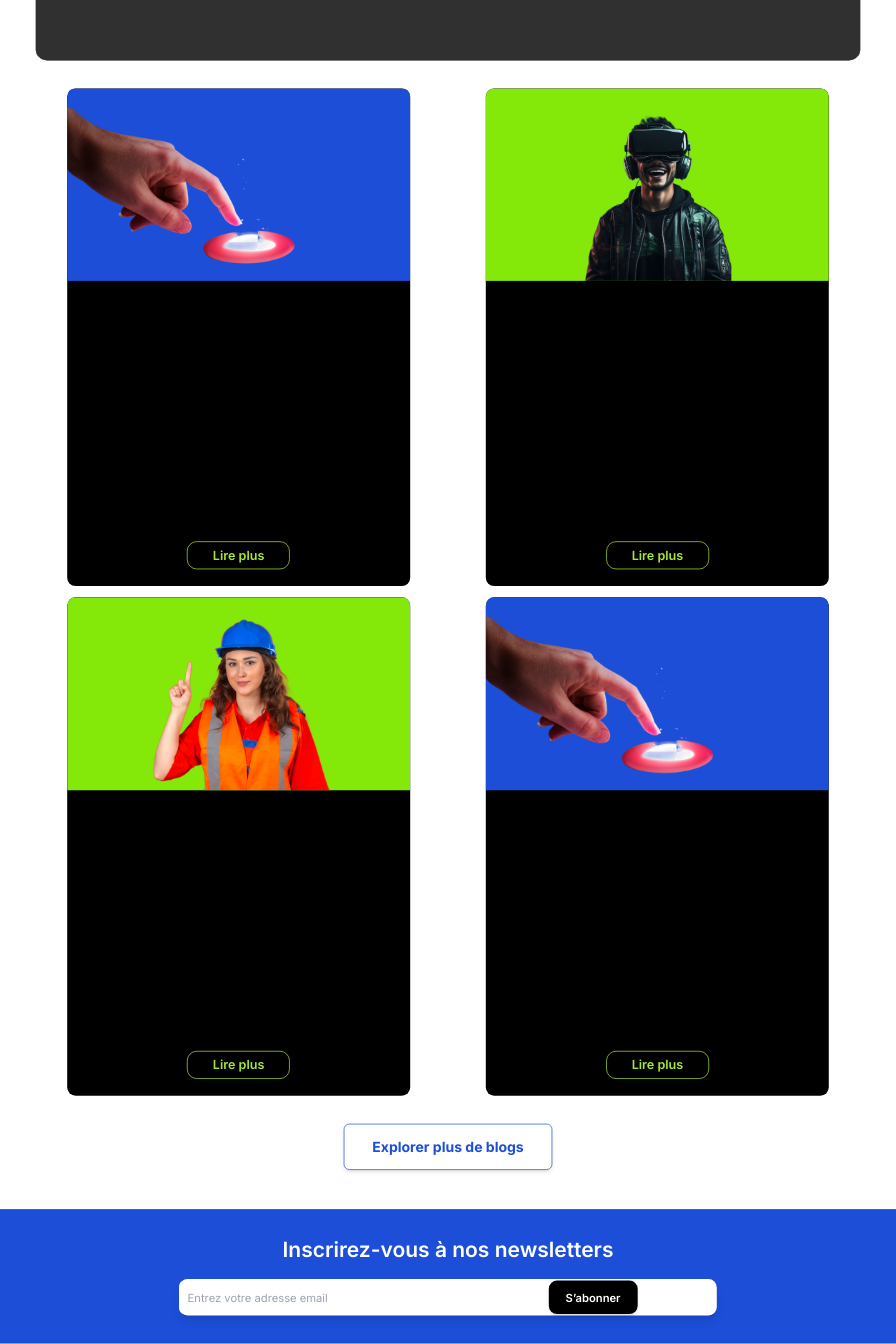
Repository: NassimeElkamari/test
Page: /blogs
An editor plug-in stored every save of this project. The page is shown before and after a run of saves, followed by the edit.
The browser window is 1280 px wide. The pictures show the part of the page from y = 565 to 2485 px (the page is 2485 px tall), at 70% of full size.
Pictures or frames that could not be fetched are drawn as grey boxes. The project was rebuilt for these pictures with package versions that can differ from the ones it lists, and the page was loaded fresh each time. The framework's server and built-in components were replaced by stand-ins that run in the browser. Also part of the build but not shown: next.config.mjs.

Above is the page before, as saved 2024-06-12 16:25:18.

### src/app/blogs/page.tsx
import Image from 'next/image';
import React from 'react';
import { MdDateRange } from "react-icons/md";
import BlogCard from '../../components/BlogCard';
import { cardData } from '../../data/cardData';

const Blog = () => {
  return (
    <div className='bg-white'>
      <div className='flex justify-center'>
        <h1 className="text-4xl font-bold text-center">Blog</h1>
      </div>
      <div className="relative w-[92vw] h-[85vh] mx-auto overflow-hidden bg-black pt-5 pl-8 flex flex-col justify-start rounded-2xl">
        <Image
          src="/bgImage.jpg"
          layout="fill"
          objectFit="cover"
          objectPosition="top"
          quality={100}
          alt="Background Image"
          className="opacity-30 bg-black"
        />
        <div className="absolute inset-0 flex flex-col justify-center text-white mt-[6%] p-4 pl-8">
          <h1 className="text-[52px] font-semibold mb-4">
            Ouvrez les portes de la connaissance <br /> avec nos Blogs stimulants
          </h1>
          <p className="text-[17px] mb-8">
            Découvrez les dernières actualités de 2peerfect dans une multitude de domaines passionnants. <br />Plongez-vous dans nos articles pour rester à jour sur les tendances les plus récentes en technologie, <br /> santé mentale, Design, Business, et bien plus encore. Avec une expertise diversifiée et des perspectives variées,<br /> 2peerfect vous offre un aperçu complet et captivant des développements les plus récents à travers différents secteurs.<br /> Ne manquez rien de ce qui se passe dans le monde, suivez 2peerfect pour rester informé et inspiré.
          </p>
          <div className="flex flex-wrap justify-between space-x-4 w-[80%]">
            <div className="bg-transparent rounded-lg shadow-md w-[15%] h-10 mb-4 border border-[#A7E92F] flex items-center justify-center">
              <h2 className="text-lg font-semibold text-center">Marketing</h2>
            </div>
            <div className="bg-transparent rounded-lg shadow-md w-[15%] h-10 mb-4 border border-[#A7E92F] flex items-center justify-center">
              <h2 className="text-lg font-semibold text-center">Design</h2>
            </div>
            <div className="bg-transparent rounded-lg shadow-md w-[15%] h-10 mb-4 border border-[#A7E92F] flex items-center justify-center">
              <h2 className="text-lg font-semibold text-center">Business</h2>
            </div>
            <div className="bg-transparent rounded-lg shadow-md w-[15%] h-10 mb-4 border border-[#A7E92F] flex items-center justify-center">
              <h2 className="text-lg font-semibold text-center">IT</h2>
            </div>
            <div className="bg-transparent rounded-lg shadow-md w-[15%] text-center h-10 mb-4 border border-[#A7E92F] flex items-center justify-center">
              <h2 className="text-lg font-semibold">Psychologie</h2>
            </div>
            {/* Add more cards as needed */}
          </div>
        </div>
      </div>
      <div className='second-section w-[85vw] mx-auto mt-10 flex justify-center'>
        <div className="flex flex-wrap gap-4 justify-between ">
          {cardData.map((card) => (
            <BlogCard
              key={card.id}
              imageSrc={card.imageSrc}
              title={card.title}
              description={card.description}
              date={card.date}
              color={card.background}
            />
          ))}
        </div>
      </div>
      <div className="flex justify-center mt-10">
        <button className=" text-white rounded-lg shadow-md  text-center mx-10 my-4 px-10 py-8 h-10 border border-[#1D4ED8] flex items-center justify-center">
          <h2 className="text-xl font-bold text-[#1D4ED8]">Explorer plus de blogs </h2>
        </button>
      </div>
      <div className="bg-[#1D4ED8] py-10 mt-10 flex flex-col items-center justify-center">
        <h2 className="text-3xl font-semibold text-white mb-4">Inscrirez-vous à nos newsletters</h2>
        <div className="bg-white  py-[2px] rounded-xl shadow-lg flex flex-col items-center sm:flex-row mt-2 w-full max-w-3xl">
          <input
            type="email"
            placeholder="Entrez votre adresse email"
            className="w-full sm:w-2/3 p-3 mb-4 sm:mb-0 sm:mr-4 rounded-lg focus:outline-none"
          />
          <button className="bg-black text-white font-semibold py-3 px-6 rounded-xl  shadow-md w-full sm:w-auto">
            S’abonner
          </button>
        </div>
      </div>
    </div>
  );
};

export default Blog;

### src/components/BlogCard.tsx
import Image from 'next/image'
import React from 'react'
import { MdDateRange } from "react-icons/md";


const BlogCard = ({ imageSrc, title, description, date , color}) => {
  return (
    <div className='w-[45%] h-[50%] bg-black rounded-xl flex flex-col'>
    <div className="w-[100%] h-2/5 relative">
        <Image
        src={imageSrc}
        layout='responsive'
        height={100}
        width={100}
        alt="Card Image"
        className="w-full h-full rounded-t-xl "
        style={{backgroundColor: `${color}`}}
        />
    </div>
    <div className="pt-14 flex justify-center items-center flex-col px-5">
        <h1 className="text-[32px] font-semibold">{title}</h1>
        <p className="text-md mt-5">{description}</p>
    </div>
    <div className="flex items-center justify-end mt-10 mr-2">
        <MdDateRange width={70} height={70} className='mr-4'/>
        <p className="mr-2">{date}</p>
    </div>
    <div className="flex justify-center mt-8 mb-6"> {/* Added justify-center class */}
        <button className="bg-black rounded-[14px] shadow-md w-[30%] text-center h-10 border border-[#A7E92F] flex items-center justify-center">
        <h2 className="text-lg font-semibold text-[#A7E92F]">Lire plus</h2> {/* Added text-white class */}
        </button>
    </div>
    </div>
  )
}

export default BlogCard

### src/data/cardData.js
export const cardData = [
  {
    id: 1,
    imageSrc: "/card11.png",
    title: "L'impact des médias sociaux sur la santé mental",
    description: "Discuter de la façon dont les likes, les commentaires et les partages peuvent devenir une mesure de notre valeur personnelle, et comment cela peut affecter notre estime de soi et notre bien-être émotionnel...",
    date: "11 Décembre 2023",
    background: '#1D4ED8' // Background color for the first card
  },
  {
    id: 2,
    imageSrc: "/card22.png",
    title: "L’inovation technologique dans l’éducation",
    description: "Reconnaître les défis liés à l'intégration de la technologie dans l'éducation, tels que l'accès inégal aux ressources technologiques et les préoccupations concernant la dépendance excessive à la technologie...",
    date: "11 Décembre 2023",
    background: '#84e809' // Background color for the second card
  },
  {
    id: 3,
    imageSrc: "/card33.png",
    title: "L’inovation technologique dans l’éducation",
    description: "Reconnaître les défis liés à l'intégration de la technologie dans l'éducation, tels que l'accès inégal aux ressources technologiques et les préoccupations concernant la dépendance excessive à la technologie...",
    date: "11 Décembre 2023",
    background: '#84e809' // Background color for the third card
  },
  {
    id: 4,
    imageSrc: "/card11.png",
    title: "L'impact des médias sociaux sur la santé mental",
    description: "Discuter de la façon dont les likes, les commentaires et les partages peuvent devenir une mesure de notre valeur personnelle, et comment cela peut affecter notre estime de soi et notre bien-être émotionnel...",
    date: "11 Décembre 2023",
    background: '#1D4ED8' // Background color for the fourth card
  },
];

Loaded but not shown: src/app/layout.tsx (common file); src/app/globals.css (common file); tailwind.config.ts (common file)

After the next 2 saves:
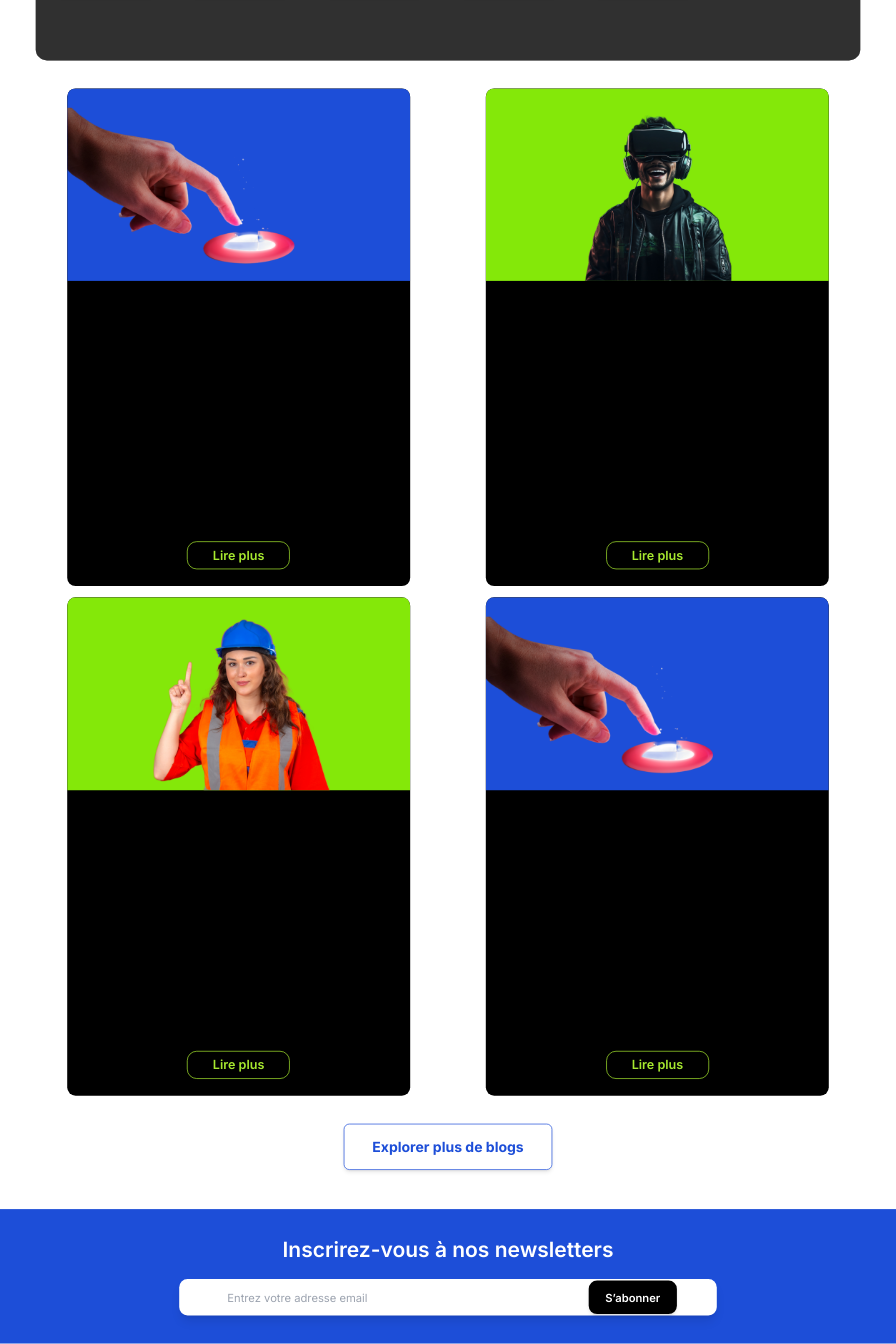
The 2 saves are shown as one change because they came seconds apart.
The last was saved 17 s later.
--- a/src/app/blogs/page.tsx
+++ b/src/app/blogs/page.tsx
@@ -68,7 +68,7 @@
       </div>
       <div className="bg-[#1D4ED8] py-10 mt-10 flex flex-col items-center justify-center">
         <h2 className="text-3xl font-semibold text-white mb-4">Inscrirez-vous à nos newsletters</h2>
-        <div className="bg-white  py-[2px] rounded-xl shadow-lg flex flex-col items-center sm:flex-row mt-2 w-full max-w-3xl">
+        <div className="bg-white  py-[2px] rounded-xl shadow-lg flex flex-col items-center justify-center sm:flex-row mt-2 w-full max-w-3xl">
           <input
             type="email"
             placeholder="Entrez votre adresse email"

After the save that followed:
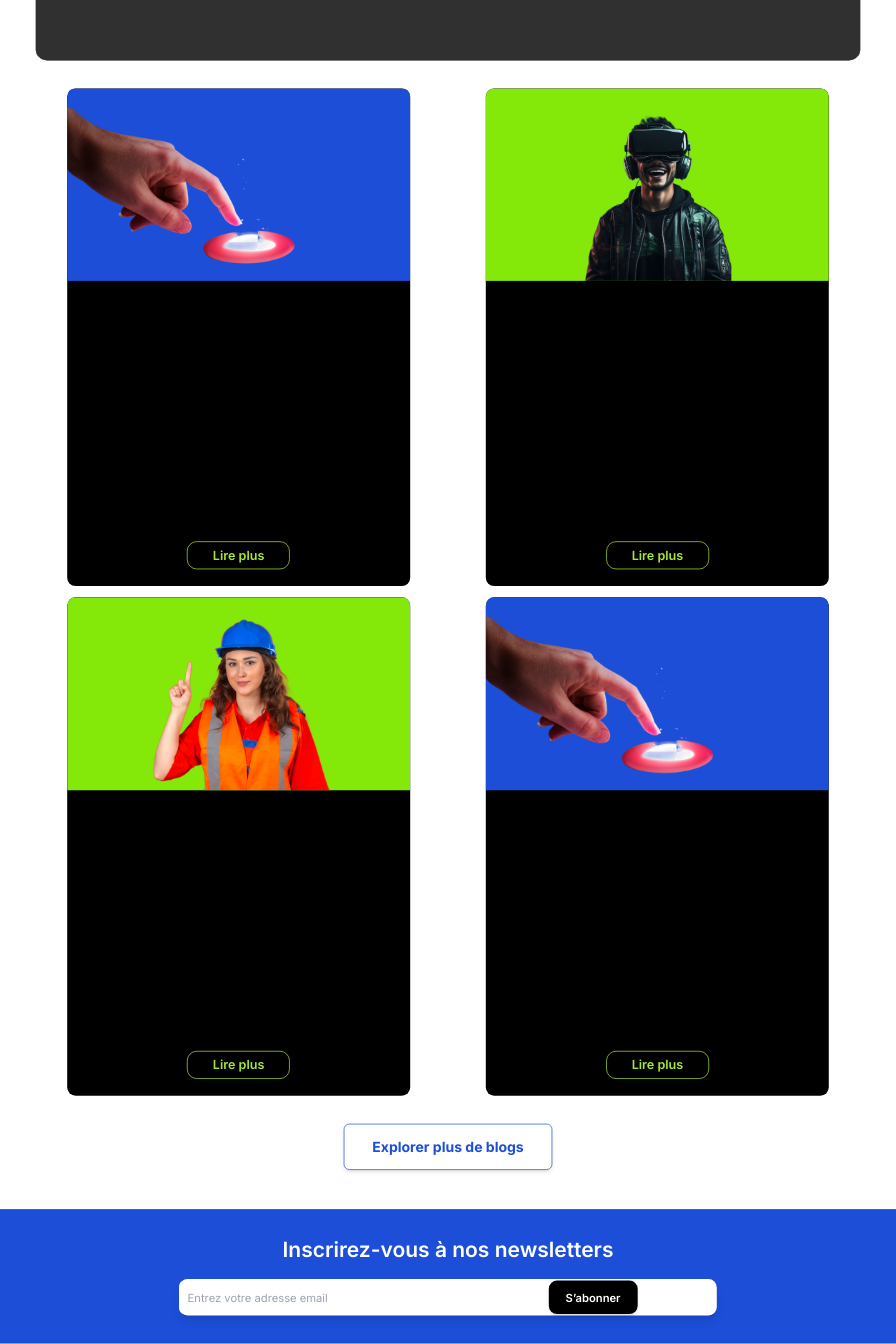
Saved 11 s later.
--- a/src/app/blogs/page.tsx
+++ b/src/app/blogs/page.tsx
@@ -68,7 +68,7 @@
       </div>
       <div className="bg-[#1D4ED8] py-10 mt-10 flex flex-col items-center justify-center">
         <h2 className="text-3xl font-semibold text-white mb-4">Inscrirez-vous à nos newsletters</h2>
-        <div className="bg-white  py-[2px] rounded-xl shadow-lg flex flex-col items-center justify-center sm:flex-row mt-2 w-full max-w-3xl">
+        <div className="bg-white  py-[2px] rounded-xl shadow-lg flex flex-col items-center justify-stretch sm:flex-row mt-2 w-full max-w-3xl">
           <input
             type="email"
             placeholder="Entrez votre adresse email"
